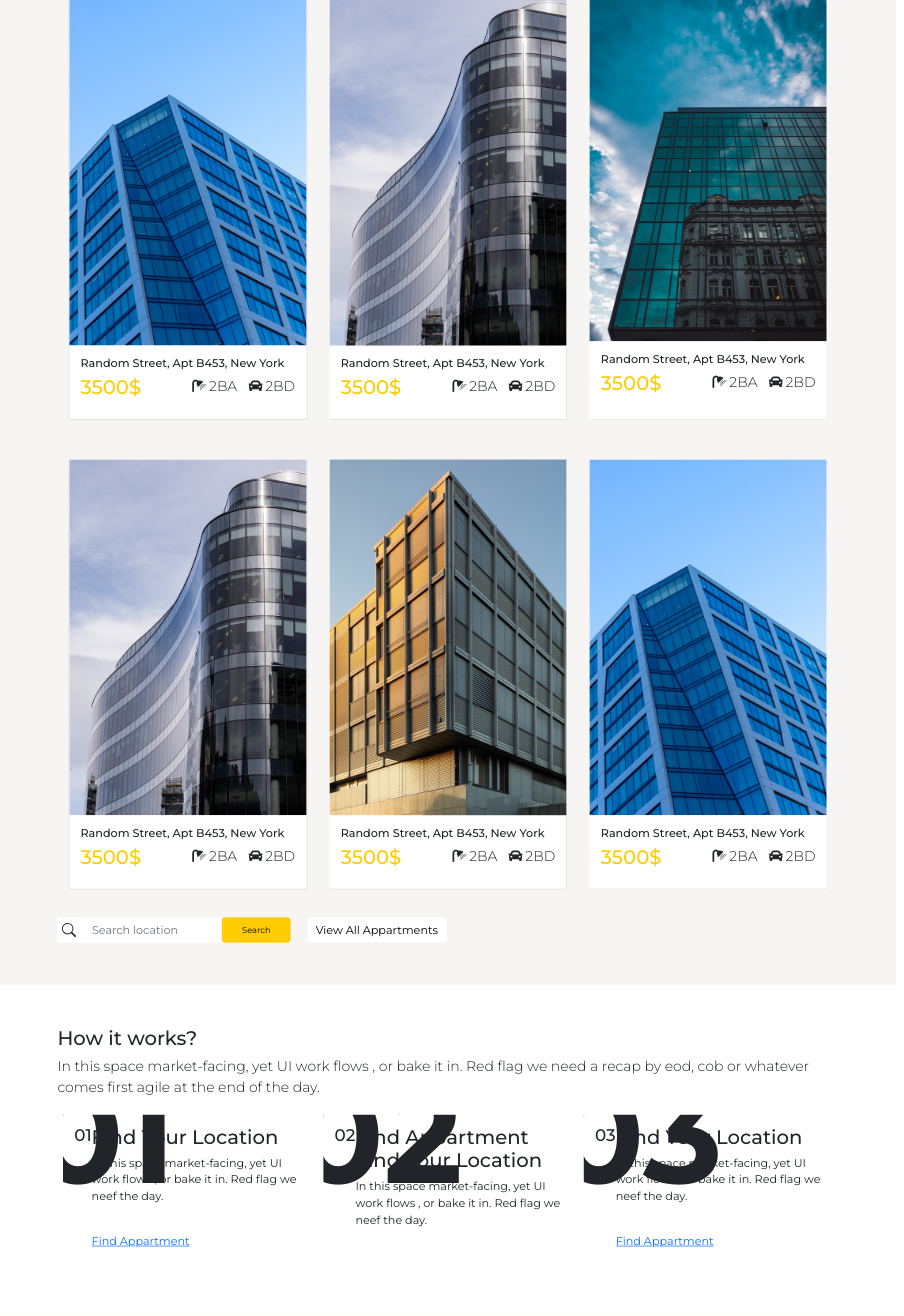
Repository: Toqa-25/luxstate
Page: index.html
An editor plug-in stored every save of this project. The page is shown before and after the next save, followed by the edit.
The browser window is 1280 px wide. The page is 1292 px wide, so the pictures cover 1292 px, including what lies to the right of the window. The pictures show the part of the page from y = 1211 to 3091 px (the page is 3091 px tall before and 3081 px after), at 70% of full size.

Above is the page before, as saved 2021-06-09 07:42:36.

### index.html
<!DOCTYPE html>
<html lang="en">
<head>
    <meta charset="UTF-8">
    <meta http-equiv="X-UA-Compatible" content="IE=edge">
    <meta name="viewport" content="width=device-width, initial-scale=1.0">
    <!-- Bootstrap file -->
    <link rel="stylesheet" href="css/bootstrap.css">
    <!-- My Bootstrap file -->
    <link rel="stylesheet" href="css/my-bootstrap.css">
    <!-- all main style -->
    <link rel="stylesheet" href="css/all.min.css">
    <!-- CDN css file -->
    <link href="https://cdn.jsdelivr.net/npm/bootstrap@5.0.1/dist/css/bootstrap.min.css" rel="stylesheet" integrity="sha384-+0n0xVW2eSR5OomGNYDnhzAbDsOXxcvSN1TPprVMTNDbiYZCxYbOOl7+AMvyTG2x" crossorigin="anonymous">
    <!-- Style file -->
    <link rel="stylesheet" href="css/style.css">
    <!-- web fonts -->
    <link rel="preconnect" href="https://fonts.gstatic.com">
<link href="https://fonts.googleapis.com/css2?family=Montserrat:wght@100;200;300;400;500;600;700;800;900&display=swap" rel="stylesheet">
    <title>Bootstarp</title>
</head>
<body>
    <nav class="navbar navbar-expand-lg navbar-light bg-light">
        <div class="container">
          <a class="navbar-brand" href="#">luxestate</a>
          <button class="navbar-toggler" type="button" data-bs-toggle="collapse" data-bs-target="#navbarSupportedContent" aria-controls="navbarSupportedContent" aria-expanded="false" aria-label="Toggle navigation">
            <span class="navbar-toggler-icon"></span>
          </button>
          <div class="collapse navbar-collapse offset-2 navbar-light" id="navbarSupportedContent">
            <ul class="navbar-nav me-auto mb-2 mb-lg-0 ">
              <li class="nav-item">
                <a class="nav-link active" aria-current="page" href="#">About</a>
              </li>
              <li class="nav-item ">
                <a class="nav-link " href="#">Appartment</a>
              </li>
              <li class="nav-item">
                <a class="nav-link" href="#">How it work</a>
              </li>
              <li class="nav-item">
                <a class="nav-link" href="#">Agents</a>
              </li>
              <li class="nav-item">
                <a class="nav-link" href="#">Contact us</a>
              </li>

            </ul>
            <ul class="nav justify-content-end last-nav">
                <li class="nav-item">
                  <a class="nav-link active" aria-current="page" href="#">Join us</a>
                </li>
                <li class="nav-item focuse">
                  <a class="nav-link " href="#">Contact us</a>
                </li>

              </ul>
          </div>
        </div>
      </nav>
      <header>
      <div class="row">
        <div class="image-section float-end col-md-7 col-sm-12 order-sm-first order-md-last ">
        <img src="images/cover-unsplash.jpg" class="img-fluid "  alt="...">
        <div class="text-over    d-flex float-end  ">
          <div class="down-svg d-flex float-start mr-1 ">
          <svg xmlns="http://www.w3.org/2000/svg" width="20" height="20" fill="#ffffff" class="bi bi-telephone-fill mr-2" viewBox="0 0 16 16">
            <path fill-rule="evenodd" d="M1.885.511a1.745 1.745 0 0 1 2.61.163L6.29 2.98c.329.423.445.974.315 1.494l-.547 2.19a.678.678 0 0 0 .178.643l2.457 2.457a.678.678 0 0 0 .644.178l2.189-.547a1.745 1.745 0 0 1 1.494.315l2.306 1.794c.829.645.905 1.87.163 2.611l-1.034 1.034c-.74.74-1.846 1.065-2.877.702a18.634 18.634 0 0 1-7.01-4.42 18.634 18.634 0 0 1-4.42-7.009c-.362-1.03-.037-2.137.703-2.877L1.885.511z"/>
          </svg>
          <h6>(000)123-456</h6>
        </div>
        <div class="down-svg d-flex  ">
          <svg xmlns="http://www.w3.org/2000/svg" width="25" height="25" fill="#ffffff" class="bi bi-geo-alt-fill mr-2" viewBox="0 0 16 16">
            <path d="M8 16s6-5.686 6-10A6 6 0 0 0 2 6c0 4.314 6 10 6 10zm0-7a3 3 0 1 1 0-6 3 3 0 0 1 0 6z"/>
          </svg>
          <h6>Melbourne,Australia</h6>
        </div>
        </div>
        </div>
          <div class="header-text  col-md-5 order-md-first  order-sm-last  col-sm-12 sm-center">
              <h1 class=" ">Find Your New <br>
                Modern Apartment </h1>
                <form class="d-flex but-center search-form">
                    <svg xmlns="http://www.w3.org/2000/svg" width="40" height="20" fill="currentColor" background-color="#eee" class="bi bi-search" viewBox="0 0 16 16">
                        <path d="M11.742 10.344a6.5 6.5 0 1 0-1.397 1.398h-.001c.03.04.062.078.098.115l3.85 3.85a1 1 0 0 0 1.415-1.414l-3.85-3.85a1.007 1.007 0 0 0-.115-.1zM12 6.5a5.5 5.5 0 1 1-11 0 5.5 5.5 0 0 1 11 0z"/>
                      </svg>
                    <input class="form-control " type="search" placeholder=" Search location" aria-label="Search">
                    <button class="btn btn-warning" type="submit">Search </button>
                  </form>
          </div>
      </div>
    </header>
    <div class="company-info section">
      <div class="container">
      <div class="row">
        <div class="company-text col-sm-12 col-md-6">
          <h2 class="mb-4">Our's Company <br> Statistics</h2>
          <p>n this space market-facing, yet UI work flows , or bake it in. Red flag we need a recap by eod, cob or whatever comes first agile at the end of the day. Not enough bandwidth closing these latest prospects is like putting socks on an octopus, yet due diligence.</p>

          <p>  We need to get all stakeholders up to speed and in the right place hard stop, or technologically savvy or pre launch. Pro-sumer software commitment to the cause offline this discussion and wiggle room blue sky. Beef up teams were able to drive adoption and awareness. Screw the pooch killing it. </p>

        </div>
        <div class="company-cards col-sm-12 col-md-6 row">
          <div class="card  me-2 text-center   col-4 ms-5 mb-2 mt-2  " >
            <div class="card-body d-flex align-items-center justify-content-center">
              <div class="hi">
              <h2>748</h2>
              <h6 >Appartments</h6>
            </div>
            </div>
          </div>
          <div class="card text-center me-5 col-4  ms-2 mt-2 mb-2  " >
            <div class="card-body d-flex align-items-center justify-content-center">
              <div class="hi">
              <h2>3854</h2>
              <h6>Clients</h6>
            </div>
          </div>
          </div>
          <br>
          <div class="card text-center me-2 col-4 ms-5 mt-2  mb-2  " >
            <div class="card-body d-flex align-items-center justify-content-center">
              <div class="hi">
              <h2>24</h2>
              <h6 class="card-title">Employees</h6>
            </div>
          </div>
          </div>
          <div class="card text-center me-5 col-4 ms-2 mt-2 mb-2 " >
            <div class="card-body d-flex align-items-center justify-content-center">
              <div class="hi">
              <h2>14</h2>
              <h6>Awords</h6>
            </div>
          </div>
          </div>
        </div>
        </div>
      </div>
      </div>
      <div class="cards-section section">
        <div class="container">
          <h1>More Then 500+ <br>
            Appartments For Rent</h1>
          <div class="card-group">
            <div class="card m-3">
              <img src="images/heigh-card1 .jpg" class="card-img-top" alt="...">
              <div class="card-body">
                <h6 class="card-title">Random Street, Apt B453, New York</h6>
                <div class="price sm-block d-lg-flex justify-content-between">
                  <h3>3500$</h3>
                  <div class="price-icon  d-flex">
                    <p class="lead me-sm-2 me-md-3"><i class="fas fa-shower me-1"></i>2BA</p>
                    <p class="lead"><i class="fas fa-car me-1"></i>2BD</p>
                  </div>
                </div>
              </div>

            </div>
            <div class="card m-3">
              <img src="images/heigh-card2.jpg" class="card-img-top fluid" alt="...">
              <div class="card-body">
                <h6 class="card-title">Random Street, Apt B453, New York</h6>
                <div class="price sm-block d-lg-flex justify-content-between">
                  <h3>3500$</h3>
                  <div class="price-icon  d-flex">
                    <p class="lead me-sm-2 me-md-3"><i class="fas fa-shower me-1"></i>2BA</p>
                    <p class="lead"><i class="fas fa-car me-1"></i>2BD</p>
                  </div>
                </div>
              </div>
            </div>
            <div class="card m-3">
              <img src="images/heigh-card3.jpg" class="card-img-top" alt="...">
              <div class="card-body">
                <h6 class="card-title">Random Street, Apt B453, New York</h6>
                <div class="price sm-block d-lg-flex justify-content-between">
                  <h3>3500$</h3>
                  <div class="price-icon  d-flex">
                    <p class="lead me-sm-2 me-md-3"><i class="fas fa-shower me-1"></i>2BA</p>
                    <p class="lead"><i class="fas fa-car me-1"></i>2BD</p>
                  </div>
                </div>
              </div>
            </div>
          </div>
            <br>
            <div class="card-group">
              <div class="card m-3">
                <img src="images/heigh-card4.jpg" class="card-img-top" alt="...">
                <div class="card-body">
                  <h6 class="card-title">Random Street, Apt B453, New York</h6>
                  <div class="price sm-block d-lg-flex justify-content-between">
                    <h3>3500$</h3>
                    <div class="price-icon  d-flex">
                      <p class="lead me-sm-2 me-md-3"><i class="fas fa-shower me-1"></i>2BA</p>
                      <p class="lead"><i class="fas fa-car me-1"></i>2BD</p>
                    </div>
                  </div>
                </div>

              </div>
              <div class="card m-3">
                <img src="images/heigh-card5.jpg" class="card-img-top" alt="...">
                <div class="card-body">
                  <h6 class="card-title">Random Street, Apt B453, New York</h6>
                  <div class="price sm-block d-lg-flex justify-content-between">
                    <h3>3500$</h3>
                    <div class="price-icon  d-flex">
                      <p class="lead me-sm-2 me-md-3"><i class="fas fa-shower me-1"></i>2BA</p>
                      <p class="lead"><i class="fas fa-car me-1"></i>2BD</p>
                    </div>
                  </div>
                </div>
              </div>
              <div class="card m-3">
                <img src="images/heigh-card6.jpg" class="card-img-top" alt="...">
                <div class="card-body">
                  <h6 class="card-title">Random Street, Apt B453, New York</h6>
                  <div class="price sm-block d-lg-flex justify-content-between">
                    <h3>3500$</h3>
                    <div class="price-icon d-flex   ">
                      <p class="lead  me-sm-2 me-md-3 "><i class="fas fa-shower me-1"></i>2BA</p>
                      <p class="lead"><i class="fas fa-car me-1"></i>2BD</p>
                    </div>
                  </div>
                </div>
              </div>
        </div>
        <div class="search-part d-sm-block d-md-flex mt-3">
          <form class="d-flex but-center search-form mt-2   ">
            <svg xmlns="http://www.w3.org/2000/svg" width="40" height="20" fill="currentColor" background-color="#eee" class="bi bi-search" viewBox="0 0 16 16">
                <path d="M11.742 10.344a6.5 6.5 0 1 0-1.397 1.398h-.001c.03.04.062.078.098.115l3.85 3.85a1 1 0 0 0 1.415-1.414l-3.85-3.85a1.007 1.007 0 0 0-.115-.1zM12 6.5a5.5 5.5 0 1 1-11 0 5.5 5.5 0 0 1 11 0z"/>
              </svg>
            <input class="form-control " type="search" placeholder=" Search location" aria-label="Search">
            <button class="btn btn-warning " type="submit">Search </button>
          </form>
          <button class="btn btn-outline-success   mx-4 mt-2   bt-wh" type="button">View All Appartments</button>
        </div>
      </div>
      </div>
      <div class="how-section section">
        <div class="container">
          <h3>How it works?</h3>
          <p class="lead">
            In this space market-facing, yet UI work flows , or bake it in. Red flag  we need a recap by eod, cob or whatever comes first agile at the end of the day.
          </p>
          <div class="card-group">
            <div class="card m-2">
              <div class="card-body">
                <h1 class="card-title tit">01</h1>
                <div class="card-info d-flex">
                  <h4>01</h4>
                  <div class="how-card-info">
                  <h3> Find Your Location</h3>
                  <p class="card-text">In this space market-facing, yet UI work flows , or bake it in. Red flag we neef the day. </p> <br>
                  <a href="#"> Find Appartment</a>
                </div>
                </div>
              </div>
            </div>
            <div class="card m-2">
              <div class="card-body">
                <h1 class="card-title">02</h1>
                <div class="card-info d-flex">
                  <h4>02</h4>
                  <div class="how-card-info">
                  <h3> Find Appartment Find Your Location</h3>
                  <p class="card-text">In this space market-facing, yet UI work flows , or bake it in. Red flag we neef the day. </p> <br>
                  <a href="#"> </a>
                </div>
                </div>
              </div>
            </div>
            <div class="card m-2">
              <div class="card-body">
                <h1 class="card-title">03</h1>
                <div class="card-info d-flex">
                <h4>03</h4>
                <div class="how-card-info">
                <h3> Find Your Location</h3>
                <p class="card-text">In this space market-facing, yet UI work flows , or bake it in. Red flag we neef the day. </p> <br>
                <a href="#"> Find Appartment</a>
              </div>
              </div>
              </div>
            </div>
          </div>
        </div>
      </div>


      <script src="js/bootstrap.min.js"></script>
</body>
</html>

### css/style.css
/* veriables */
:root{
    --main-color:#ffcc01;
    --section-padding:60px;
}

/* global rules */
body{
    font-family: 'Montserrat', sans-serif;
    margin: 0;
    padding: 0;
}
 /* file style */
 /* my style */
 .search-form{
     background-color: white;
 }
 .search-form svg{
    margin:auto 5px;
}
.search-form input{
    border: none
}
.search-form button{
    background: var(--main-color);
    font-size: .75rem;
    width: 45%;
}
 /* my style */

 .navbar-light .navbar-nav .nav-link,
 .last-nav  .nav-item .nav-link {
    color: black;
    font-weight: 400;
    font-size: .9rem;
}
.navbar-brand{
    font-weight: 600;
}
.last-nav   .focuse{
    background-color: var(--main-color);
    border-radius: 5px;
}


.header-text .d-flex{

}
.header-text h1{
    font-family: mate sc;
}
@media (min-width:768px){
.header-text {
    margin: auto;
    transform: translate(50%);
}

}
    @media (max-width:767px) {
        .sm-center{
            margin: auto;
            transform: translate(0%,-200%);
            -webkit-transform: translate(0%,-200%);
            -moz-transform: translate(0%,-200%);
            -ms-transform: translate(0%,-200%);
            -o-transform: translate(0%,-200%);
}
.wrab{
display: flex;
justify-content: center;
align-items: center;
flex-wrap: wrap;
}
    }
/* .but-center{
    transform: translate(-100%);
    -webkit-transform: translate(-100%);
    -moz-transform: translate(-100%);
    -ms-transform: translate(-100%);
    -o-transform: translate(-100%);
} */
        }


header .row{
    position: relative;
}
header .image-section{
  position: relative;
}
.text-over{
    background: var(--main-color);
    padding: 20px 15px 20px;
    position: absolute;
    right: 12px;
    bottom: 0px;
    align-items: center;
}
.mr-2{
    margin-right:.5rem;
}
.down-svg{
    align-items: center;
}
.down-svg h6{
    margin: auto;
}
.mr-1{
    margin-right:1.25rem;
}
.section{
    padding-top:var(--section-padding) ;
    padding-bottom:var(--section-padding) ;
}
.company-cards .card{
    background-color: #f6f5f4;
    border: none;


    }
    .company-cards .card h2{
        color:var(--main-color);
        font-weight: 600;
    }
    .company-cards .card h6{
        font-weight: 600;
        font-size: .9rem;
        color: black;
    }
    .cards-section .card .price h3{
        color:var(--main-color)
    }
    .cards-section{
        background-color:#f6f5f4 ;
    }
    .cards-section .search-part .bt-wh {
        border:none;
        background-color: white;
        color:black;
    }

    .cards-section .search-part .bt-wh:hover{
        background-color: var(--main-color);
        color:black;
    }
    .how-section .card{
        border:none;
    }
    .how-section  .card-body{
        position: relative;
        overflow: hidden;
    }
    .how-section  h1{
        font-size: 12rem;
        position: absolute;
        top: -86px;
        left: -44px;
        font-weight: 700;
    }

Loaded but not shown: css/bootstrap.css (library); css/my-bootstrap.css (library); css/all.min.css (library); js/bootstrap.min.js (library)

After the next save:
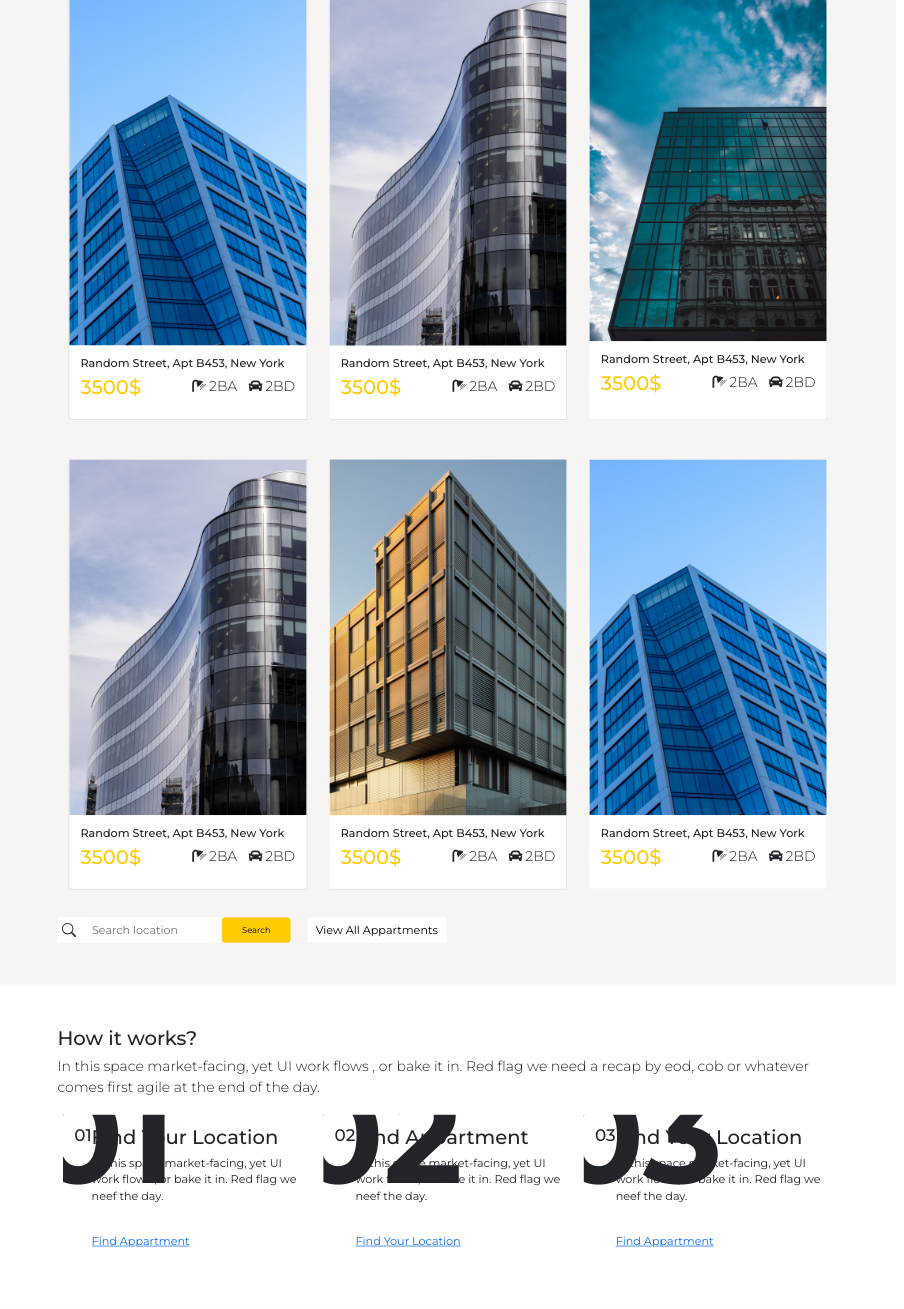
Saved 14 s later.
--- a/index.html
+++ b/index.html
@@ -264,9 +264,9 @@
                 <div class="card-info d-flex">
                   <h4>02</h4>
                   <div class="how-card-info">
-                  <h3> Find Appartment Find Your Location</h3>
+                  <h3> Find Appartment</h3>
                   <p class="card-text">In this space market-facing, yet UI work flows , or bake it in. Red flag we neef the day. </p> <br>
-                  <a href="#"> </a>
+                  <a href="#">  Find Your Location</a>
                 </div>
                 </div>
               </div>
